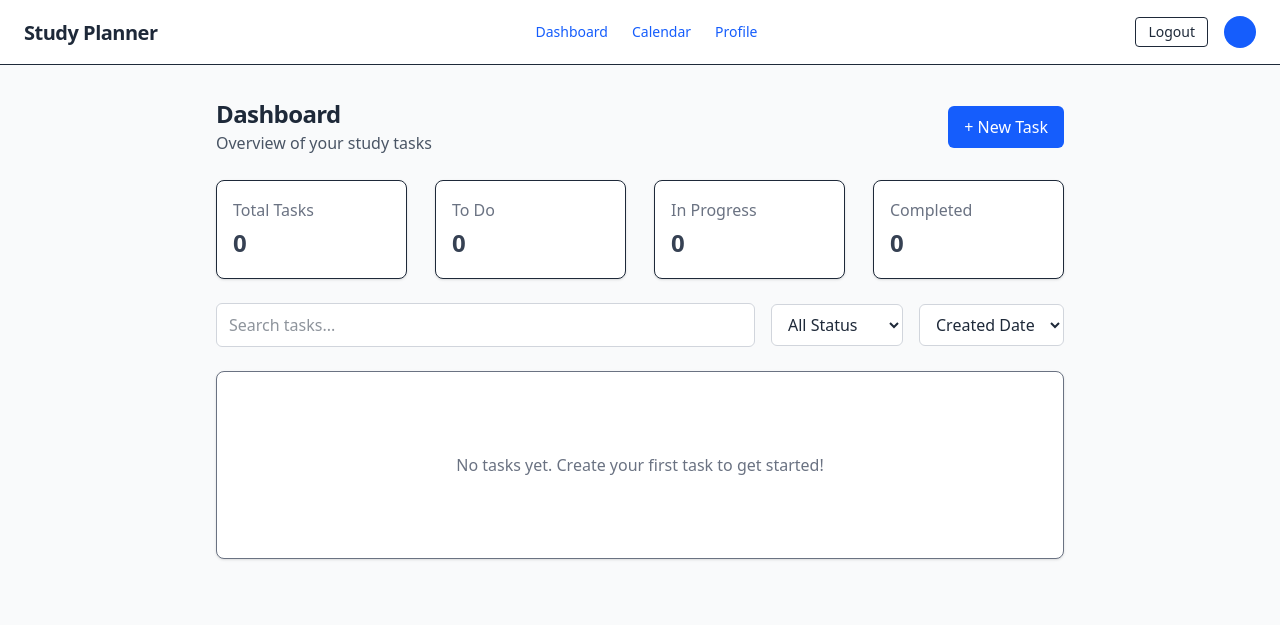
Repository: MarcusHoanggg/Personalized-Study-Planner
Page: / (app in Frontend/)
The author's editor kept a copy of each file at every save. The page is drawn from the files as they stood at one save, then again after the next save.
The browser window is 1280 px wide. The pictures show the whole page.
The project was rebuilt for these pictures with package versions that can differ from the ones it lists, and the page was loaded fresh each time. Also part of the build but not shown: Frontend/vite.config.ts, Frontend/src/components/TaskCard.tsx, Frontend/src/components/NewTaskModal.tsx, Frontend/src/components/EditTaskModal.tsx, Frontend/src/ui/Card.tsx, Frontend/src/pages/CalendarPage.tsx, Frontend/src/ui/Avatar.tsx, Frontend/src/pages/ProfilePage.tsx and 2 more.

Above is the page before, as saved 2026-02-06 21:38:23.

### Frontend/index.html
<!doctype html>
<html lang="en">
  <head>
    <meta charset="UTF-8" />
    <link rel="icon" type="image/svg+xml" href="/logo.svg" />
    <meta name="viewport" content="width=device-width, initial-scale=1.0" />
    <title>Study Planner</title>
    <script>
      // Set light mode BEFORE any CSS loads to prevent flash of dark mode
      (function() {
        const savedTheme = localStorage.getItem('theme');
        if (savedTheme !== 'dark') {
          document.documentElement.classList.remove('dark');
          localStorage.setItem('theme', 'light');
        } else {
          document.documentElement.classList.add('dark');
        }
      })();
    </script>
  </head>
  <body>
    <div id="root"></div>
    <script type="module" src="/src/main.tsx"></script>
  </body>
</html>

### Frontend/src/main.tsx
import React from "react";
import { StrictMode } from 'react'
import { createRoot } from 'react-dom/client'
import { BrowserRouter } from 'react-router-dom';
import ReactDOM from 'react-dom/client';
import './index.css'
import App from './App';

// Ensure light mode is the default
// Check localStorage for saved theme preference, default to light if not set
const savedTheme = localStorage.getItem('theme')
if (savedTheme === 'dark') {
  document.documentElement.classList.add('dark')
} else {
  // Default to light mode - remove dark class if present
  document.documentElement.classList.remove('dark')
  // Save light mode preference
  localStorage.setItem('theme', 'light')
}

ReactDOM.createRoot(document.getElementById('root')!).render(
  <React.StrictMode>
    <BrowserRouter>
      <App />
    </BrowserRouter>
  </React.StrictMode>,
);

### Frontend/src/App.tsx
// // src/App.tsx
// import { BrowserRouter, Routes, Route } from "react-router-dom";
// import MainLayout from "./layout/MainLayout";
// import DashboardPage from "./pages/DashboardPage";
// import CalendarPage from "./pages/CalendarPage";
// import ProfilePage from "./pages/ProfilePage";

// export default function App() {
//   return (
//     <BrowserRouter>
//       <Routes>
//         <Route element={<MainLayout />}>
//           <Route path="/" element={<DashboardPage />} />
//           <Route path="/dashboard" element={<DashboardPage />} />
//           <Route path="/calendar" element={<CalendarPage />} />
//           <Route path="/profile" element={<ProfilePage />} />
//         </Route>
//       </Routes>
//     </BrowserRouter>
//   );
// }

import { Routes, Route } from "react-router-dom";
import MainLayout from "./layout/MainLayout";
import DashboardPage from "./pages/DashboardPage";
import CalendarPage from "./pages/CalendarPage";
import ProfilePage from "./pages/ProfilePage";
import LoginPage from "./pages/LoginPage";
import SignupPage from "./pages/SignupPage";

export default function App() {
  return (
    <Routes>
       <Route path="/signup" element={<SignupPage />} />
       <Route path="/login" element={<LoginPage />} />
      <Route element={<MainLayout />}>
        <Route path="/" element={<DashboardPage />} />
        <Route path="/dashboard" element={<DashboardPage />} />
        <Route path="/calendar" element={<CalendarPage />} />
        <Route path="/profile" element={<ProfilePage />} />
      </Route>
    </Routes>
  );
}

### Frontend/src/layout/MainLayout.tsx
// // src/layout/MainLayout.tsx
// import { NavLink, Outlet, useNavigate } from 'react-router-dom';
// import { logout, getCurrentUser } from '../services/auth';

// export default function MainLayout() {
//   const navigate = useNavigate();
//   const user = getCurrentUser();

//   const handleLogout = () => {
//     logout();
//     navigate('/login');
//   };

//   return (
//     <div className="app">
//       <header className="topbar">
//         <div className="logo">Study Planner</div>
//         <nav className="nav">
//           <NavLink to="/" end>Dashboard</NavLink>
//           <NavLink to="/calendar">Calendar</NavLink>
//           <NavLink to="/profile">Profile</NavLink>
//         </nav>
//         <div className="topbar-right">
//           <button onClick={handleLogout}>Logout</button>
//           <div className="avatar">{user?.username[0]?.toUpperCase()}</div>
//         </div>
//       </header>
//       <main className="content">
//         <Outlet />
//       </main>
//     </div>
//   );
// }
//
// src/layout/MainLayout.tsx
import { NavLink, Outlet, useNavigate } from "react-router-dom";
import { logout, getCurrentUser } from "../services/auth";

export default function MainLayout() {
  const navigate = useNavigate();
  const user = getCurrentUser();

  const handleLogout = () => {
    logout();
    navigate("/login");
  };

  return (
    <div className="min-h-screen bg-gray-50 dark:bg-slate-900 text-gray-800 dark:text-slate-50">
      <header className="bg-white dark:bg-slate-800 border-b border-border px-6 py-4 flex items-center justify-between">
        <h1 className="text-xl font-bold">Study Planner</h1>

        <nav className="flex gap-6 text-sm font-medium">
          <NavLink to="/dashboard" className={({ isActive }) => isActive ? "text-blue-600" : ""}>
            Dashboard
          </NavLink>
          <NavLink to="/calendar" className={({ isActive }) => isActive ? "text-blue-600" : ""}>
            Calendar
          </NavLink>
          <NavLink to="/profile" className={({ isActive }) => isActive ? "text-blue-600" : ""}>
            Profile
          </NavLink>
        </nav>

        <div className="flex items-center gap-4">
          <button onClick={handleLogout} className="text-sm px-3 py-1 border rounded">
            Logout
          </button>
          <div className="w-8 h-8 rounded-full bg-blue-600 text-white flex items-center justify-center">
            {user?.username?.[0]?.toUpperCase()}
          </div>
        </div>
      </header>

      <main className="max-w-4xl mx-auto px-6 py-8">
        <Outlet />
      </main>
    </div>
  );
}

### Frontend/src/pages/DashboardPage.tsx

// import { useEffect, useState } from "react";
// import { getTasks, createTask } from "../services/tasks";
// import PageHeader from "../ui/PageHeader";
// import StatsCard from "../ui/StatsCard";
// import Input from "../ui/Input";
// import Select from "../ui/Select";
// import Button from "../ui/Button";
// import EmptyState from "../ui/EmptyState";
// import type { Task } from "../types";
// import TaskCard from "../components/TaskCard";
// import NewTaskModal from "../components/NewTaskModal";

// export default function DashboardPage() {
//   const [tasks, setTasks] = useState<Task[]>([]);
//   const [search, setSearch] = useState("");
//   const [statusFilter, setStatusFilter] = useState<"all" | Task["status"]>("all");
//   const [showModal, setShowModal] = useState(false);

//   useEffect(() => {
//     getTasks().then((data) => setTasks(data));
//   }, []);

//   const stats = {
//     total: tasks.length,
//     todo: tasks.filter((t) => t.status === "todo").length,
//     inProgress: tasks.filter((t) => t.status === "in_progress").length,
//     completed: tasks.filter((t) => t.status === "completed").length,
//   };

//   const filtered = tasks.filter((t) => {
//     const matchesStatus = statusFilter === "all" || t.status === statusFilter;
//     const matchesSearch = t.title.toLowerCase().includes(search.toLowerCase());
//     return matchesStatus && matchesSearch;
//   });

//   const handleCreateTask = async (task: Task) => {
//     const newTask = await createTask(task);
//     setTasks((prev) => [...prev, newTask]);
//   };

//   return (
//     <div className="animate-pageFade">
//       <PageHeader title="Dashboard" subtitle="Overview of your study tasks">
//         <Button onClick={() => setShowModal(true)}>+ New Task</Button>
//       </PageHeader>

//       {showModal && (
//         <NewTaskModal
//           onClose={() => setShowModal(false)}
//           onCreate={handleCreateTask}
//         />
//       )}

//       <div className="grid grid-cols-4 gap-4 mb-6">
//         <StatsCard label="Total Tasks" value={stats.total} />
//         <StatsCard label="To Do" value={stats.todo} />
//         <StatsCard label="In Progress" value={stats.inProgress} />
//         <StatsCard label="Completed" value={stats.completed} />
//       </div>

//       <div className="flex items-center gap-4 mb-6">
//         <Input
//           placeholder="Search tasks..."
//           value={search}
//           onChange={(e) => setSearch(e.target.value)}
//         />

//         <Select
//           value={statusFilter}
//           onChange={(e) =>
//             setStatusFilter(e.target.value as "all" | Task["status"])
//           }
//         >
//           <option value="all">All Status</option>
//           <option value="todo">To Do</option>
//           <option value="in_progress">In Progress</option>
//           <option value="completed">Completed</option>
//         </Select>

//         <Select>
//           <option>Created Date</option>
//           <option>Deadline</option>
//           <option>Priority</option>
//         </Select>
//       </div>

//       {filtered.length === 0 ? (
//         <EmptyState message="No tasks yet. Create your first task to get started!" />
//       ) : (
//         <div className="space-y-3">
//   {filtered
//     .sort((a, b) => new Date(b.createdAt).getTime() - new Date(a.createdAt).getTime())
//     .map((t) => (
//       <TaskCard
//         key={t.id}
//         task={t}
//         onUpdate={(updated) =>
//           setTasks((prev) =>
//             prev.map((task) => (task.id === updated.id ? updated : task))
//           )
//         }
//         onDelete={(id) =>
//           setTasks((prev) => prev.filter((task) => task.id !== id))
//         }
//       />
//     ))}
// </div>

//       )}
//     </div>
//   );
// }

import { useEffect, useState } from "react";
import PageHeader from "../ui/PageHeader";
import StatsCard from "../ui/StatsCard";
import Input from "../ui/Input";
import Select from "../ui/Select";
import Button from "../ui/Button";
import EmptyState from "../ui/EmptyState";
import type { Task, TaskStatus } from "../types";
import TaskCard from "../components/TaskCard";
import NewTaskModal from "../components/NewTaskModal";
import EditTaskModal from "../components/EditTaskModal";

type StatusFilter = "all" | TaskStatus;
type SortBy = "created" | "deadline" | "priority";

export default function DashboardPage() {
  const [tasks, setTasks] = useState<Task[]>([]);
  const [search, setSearch] = useState("");
  const [statusFilter, setStatusFilter] = useState<StatusFilter>("all");
  const [sortBy, setSortBy] = useState<SortBy>("created");
  const [showNewModal, setShowNewModal] = useState(false);
  const [editingTask, setEditingTask] = useState<Task | null>(null);
  const [deleteId, setDeleteId] = useState<string | null>(null);

  // load from localStorage
  useEffect(() => {
    const saved = localStorage.getItem("tasks");
    if (saved) {
      setTasks(JSON.parse(saved));
    }
  }, []);

  // save to localStorage
  useEffect(() => {
    localStorage.setItem("tasks", JSON.stringify(tasks));
  }, [tasks]);

  const stats = {
    total: tasks.length,
    todo: tasks.filter((t) => t.status === "todo").length,
    inProgress: tasks.filter((t) => t.status === "in_progress").length,
    completed: tasks.filter((t) => t.status === "completed").length,
  };

  const filtered = tasks.filter((t) => {
    const matchesStatus = statusFilter === "all" || t.status === statusFilter;
    const matchesSearch = t.title.toLowerCase().includes(search.toLowerCase());
    return matchesStatus && matchesSearch;
  });

  let sorted = [...filtered];

  if (sortBy === "created") {
    sorted.sort(
      (a, b) =>
        new Date(b.createdAt).getTime() - new Date(a.createdAt).getTime()
    );
  } else if (sortBy === "deadline") {
    sorted.sort(
      (a, b) =>
        new Date(a.deadline ?? 0).getTime() -
        new Date(b.deadline ?? 0).getTime()
    );
  } else if (sortBy === "priority") {
    const order: Record<NonNullable<Task["priority"]>, number> = {
      high: 3,
      medium: 2,
      low: 1,
    };
    sorted.sort(
      (a, b) =>
        (order[b.priority ?? "medium"] ?? 2) -
        (order[a.priority ?? "medium"] ?? 2)
    );
  }

  const handleCreateTask = (task: Task) => {
    setTasks((prev) => [...prev, task]);
  };

  const handleUpdateTask = (updated: Task) => {
    setTasks((prev) => prev.map((t) => (t.id === updated.id ? updated : t)));
  };

  const handleDeleteTask = (id: string) => {
    setDeleteId(id);
  };

  const confirmDelete = () => {
    if (!deleteId) return;
    setTasks((prev) => prev.filter((t) => t.id !== deleteId));
    setDeleteId(null);
  };

  return (
    <div className="animate-pageFade">
      <PageHeader title="Dashboard" subtitle="Overview of your study tasks">
        <Button onClick={() => setShowNewModal(true)}>+ New Task</Button>
      </PageHeader>

      {showNewModal && (
        <NewTaskModal
          onClose={() => setShowNewModal(false)}
          onCreate={handleCreateTask}
        />
      )}

      {editingTask && (
        <EditTaskModal
          task={editingTask}
          onClose={() => setEditingTask(null)}
          onSave={handleUpdateTask}
        />
      )}

      {deleteId && (
        <div className="fixed inset-0 bg-black/40 flex items-center justify-center z-50">
          <div className="bg-white dark:bg-slate-900 rounded-xl p-5 w-full max-w-sm shadow-xl">
            <h3 className="text-lg font-semibold mb-2">Delete task?</h3>
            <p className="text-sm text-gray-600 dark:text-gray-300 mb-4">
              This action cannot be undone.
            </p>
            <div className="flex justify-end gap-3">
              <Button variant="outline" onClick={() => setDeleteId(null)}>
                Cancel
              </Button>
              <Button onClick={confirmDelete}>Delete</Button>
            </div>
          </div>
        </div>
      )}

      <div className="grid grid-cols-4 gap-7 mb-6">
        <StatsCard label="Total Tasks" value={stats.total} />
        <StatsCard label="To Do" value={stats.todo} />
        <StatsCard label="In Progress" value={stats.inProgress} />
        <StatsCard label="Completed" value={stats.completed} />
      </div>

      <div className="flex items-center gap-4 mb-6">
        <Input
          placeholder="Search tasks..."
          value={search}
          onChange={(e) => setSearch(e.target.value)}
        />

        <Select
          value={statusFilter}
          onChange={(e) =>
            setStatusFilter(e.target.value as StatusFilter)
          }
        >
          <option value="all">All Status</option>
          <option value="todo">To Do</option>
          <option value="in_progress">In Progress</option>
          <option value="completed">Completed</option>
        </Select>

        <Select
          value={sortBy}
          onChange={(e) => setSortBy(e.target.value as SortBy)}
        >
          <option value="created">Created Date</option>
          <option value="deadline">Deadline</option>
          <option value="priority">Priority</option>
        </Select>
      </div>

      {sorted.length === 0 ? (
        <EmptyState message="No tasks yet. Create your first task to get started!" />
      ) : (
        <div className="space-y-3">
          {sorted.map((t) => (
            <div
              key={t.id}
              className="transition-transform duration-200 hover:scale-[1.01]"
            >
              <TaskCard
                task={t}
                onUpdate={handleUpdateTask}
                onDelete={handleDeleteTask}
                onEdit={(task) => setEditingTask(task)}
              />
            </div>
          ))}
        </div>
      )}
    </div>
  );
}

### Frontend/src/services/auth.ts
// src/services/auth.ts
import type { User } from '../types';

let currentUser: User | null = null;

export function loginWithEmail(email: string): Promise<User> {
  return new Promise(resolve => {
    setTimeout(() => {
      currentUser = {
        id: '1',
        username: email.split('@')[0] || 'user',
        email,
        name: '',
        bio: '',
      };
      resolve(currentUser);
    }, 400);
  });
}

export function getCurrentUser(): User | null {
  return currentUser;
}

export function logout(): void {
  currentUser = null;
}

### Frontend/src/ui/PageHeader.tsx
import { ReactNode } from "react";

interface PageHeaderProps {
  title: string;
  subtitle?: string;
  children?: ReactNode;
}

export default function PageHeader({ title, subtitle, children }: PageHeaderProps) {
  return (
    <div className="flex items-center justify-between mb-6">
      <div>
        <h2>{title}</h2>
        {subtitle && (
          <p className="text-gray-600 dark:text-slate-300">{subtitle}</p>
        )}
      </div>
      {children}
    </div>
  );
}

### Frontend/src/ui/StatsCard.tsx
interface StatsCardProps {
  label: string;
  value: number | string;
}

export default function StatsCard({ label, value }: StatsCardProps) {
  return (
    <div className="bg-white dark:bg-slate-800 border border-border rounded-lg shadow p-4">
      <p className="text-gray-500 dark:text-slate-400">{label}</p>
      <p className="text-2xl font-bold">{value}</p>
    </div>
  );
}

### Frontend/src/ui/Input.tsx
import { InputHTMLAttributes } from "react";

export default function Input({ className = "", ...props }: InputHTMLAttributes<HTMLInputElement>) {
  return (
    <input
      className={`w-full px-3 py-2 rounded-md border border-gray-300 dark:border-slate-700 bg-white dark:bg-slate-800 text-gray-800 dark:text-slate-50 focus:ring-2 focus:ring-blue-500 outline-none ${className}`}
      {...props}
    />
  );
}

### Frontend/src/ui/Select.tsx
import { SelectHTMLAttributes } from "react";

export default function Select({ className = "", ...props }: SelectHTMLAttributes<HTMLSelectElement>) {
  return (
    <select
      className={`px-3 py-2 rounded-md border border-gray-300 dark:border-slate-700 bg-white dark:bg-slate-800 text-gray-800 dark:text-slate-50 focus:ring-2 focus:ring-blue-500 outline-none ${className}`}
      {...props}
    />
  );
}

### Frontend/src/ui/Button.tsx
import { ButtonHTMLAttributes } from "react";

interface Props extends ButtonHTMLAttributes<HTMLButtonElement> {
  variant?: "primary" | "secondary" | "outline";
}

export default function Button({ variant = "primary", className = "", ...props }: Props) {
  const base =
    "px-4 py-2 rounded-md font-medium transition-all duration-200 disabled:opacity-50 disabled:cursor-not-allowed";

  const variants = {
    primary: "bg-blue-600 text-white hover:bg-blue-700",
    secondary: "bg-gray-200 text-gray-800 hover:bg-gray-300 dark:bg-slate-700 dark:text-slate-50",
    outline:
      "border border-gray-300 dark:border-slate-600 text-gray-800 dark:text-slate-50 hover:bg-gray-100 dark:hover:bg-slate-800",
  };

  return <button className={`${base} ${variants[variant]} ${className}`} {...props} />;
}

### Frontend/src/ui/EmptyState.tsx
interface EmptyStateProps {
  message: string;
}

export default function EmptyState({ message }: EmptyStateProps) {
  return (
    <div className="text-center text-gray-500 dark:text-slate-400 py-20 bg-white dark:bg-slate-800 rounded-lg border border-border shadow">
      {message}
    </div>
  );
}

Loaded but not shown: Frontend/src/index.css (272 lines, source omitted)

After the next save:
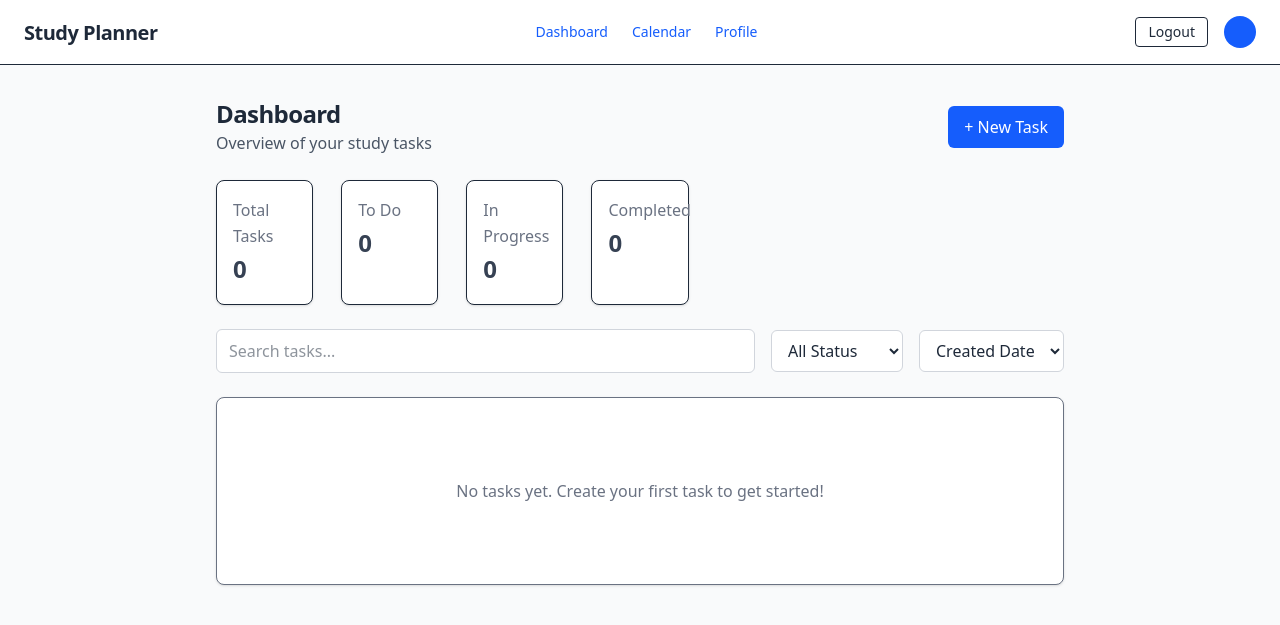
Saved 26 s later.
--- a/Frontend/src/pages/DashboardPage.tsx
+++ b/Frontend/src/pages/DashboardPage.tsx
@@ -244,7 +244,7 @@ export default function DashboardPage() {
         </div>
       )}
 
-      <div className="grid grid-cols-4 gap-7 mb-6">
+      <div className="grid grid-cols-7 gap-7 mb-6">
         <StatsCard label="Total Tasks" value={stats.total} />
         <StatsCard label="To Do" value={stats.todo} />
         <StatsCard label="In Progress" value={stats.inProgress} />
